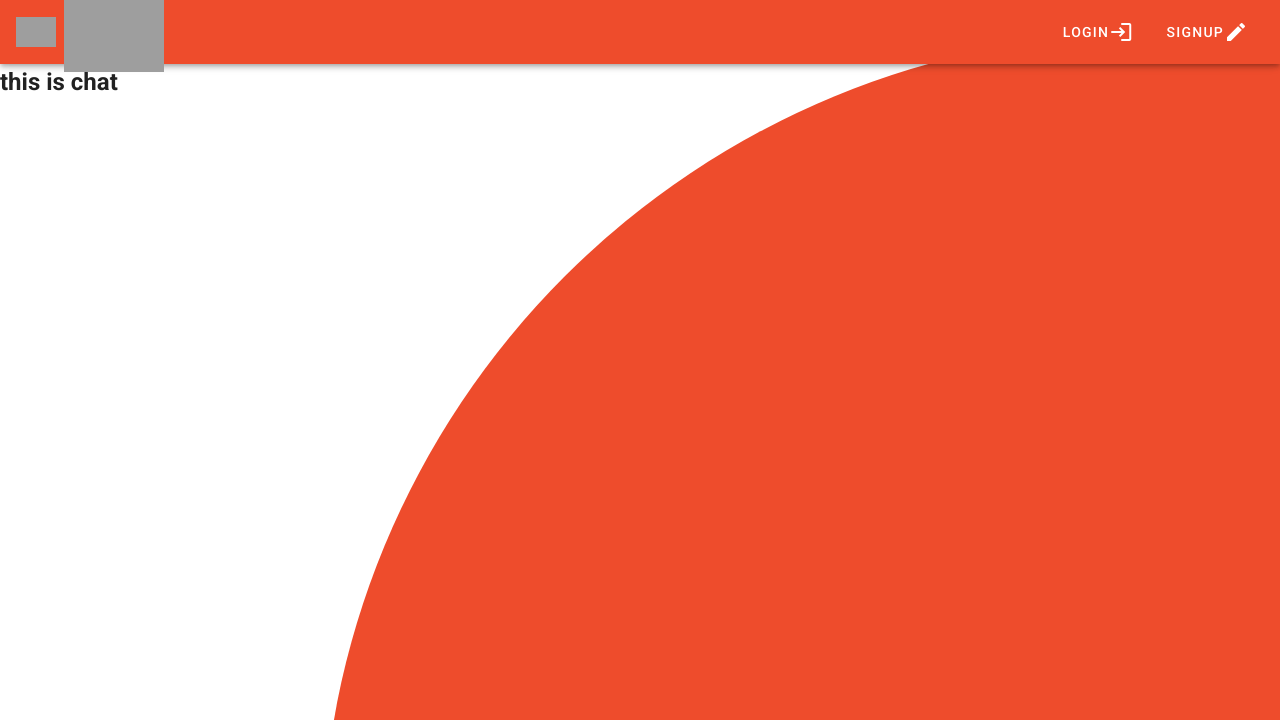
Repository: atout811/pyTorch-Hackathon
Page: /chatbot (app in frontend/)
These files come from the project's save history. The page is drawn as it stood at one moment and after the next save; the edit follows.
The browser window is 1280 px wide. The pictures show the whole page.
Pictures or frames that could not be fetched are drawn as grey boxes. The project was rebuilt for these pictures with package versions that can differ from the ones it lists, and the page was loaded fresh each time. Also part of the build but not shown: frontend/vue.config.js, frontend/src/views/Home.vue.

Above is the page before, as saved 2021-10-21 14:18:13.

### frontend/src/main.js
import Vue from 'vue'
import App from './App.vue'
import './registerServiceWorker'
import router from './router'
import store from './store'
import vuetify from './plugins/vuetify'
import instance from './plugins/axios'

Vue.config.productionTip = false
Vue.prototype.$axios = instance;

new Vue({
  router,
  store,
  vuetify,
  render: function (h) { return h(App) }
}).$mount('#app')

### frontend/src/App.vue
<template>
  <v-app>
    <v-app-bar
      app
      color="primary"
      dark
    >
      <div class="d-flex align-center">
        <v-img
          alt="Vuetify Logo"
          class="shrink mr-2"
          contain
          src="https://cdn.vuetifyjs.com/images/logos/vuetify-logo-dark.png"
          transition="scale-transition"
          width="40"
        />

        <v-img
          alt="Vuetify Name"
          class="shrink mt-1 hidden-sm-and-down"
          contain
          min-width="100"
          src="https://cdn.vuetifyjs.com/images/logos/vuetify-name-dark.png"
          width="100"
        />
      </div>

      <v-spacer></v-spacer>
      <v-btn to="/login" text>
        <v-text>Login</v-text>
        <v-icon>mdi-login</v-icon>
      </v-btn>
      <v-btn to="/signup" text>
        <v-text>Signup</v-text>
        <v-icon>mdi-pencil</v-icon>
      </v-btn>
    </v-app-bar>

    <v-main class="bubble">
      <router-view/>
    </v-main>
  </v-app>
</template>

<script>

export default {
  name: 'App',

  data: () => ({
    //
  }),
};
</script>
<style>
  .bubble::before{
    background-color: var(--v-primary-base);
    clip-path: circle(80% at 90% 120%);
    width: 100%;
    height: 100%;
    content: "";
    position: absolute;
    box-sizing: none;
    top: 0;
    left: 0;
  }
</style>

### frontend/src/router/index.js
import Vue from "vue";
import VueRouter from "vue-router";
import Home from "../views/Home.vue";

Vue.use(VueRouter);

const routes = [
  {
    path: "/",
    name: "Home",
    component: Home,
  },
  {
    path: "/about",
    name: "About",
    // route level code-splitting
    // this generates a separate chunk (about.[hash].js) for this route
    // which is lazy-loaded when the route is visited.
    component: function() {
      return import(/* webpackChunkName: "about" */ "../views/About.vue");
    },
  },
  {
    path: "/login",
    name: "Login",
    // route level code-splitting
    // this generates a separate chunk (Login.[hash].js) for this route
    // which is lazy-loaded when the route is visited.
    component: function() {
      return import(/* webpackChunkName: "Login" */ "../views/Login.vue");
    },
  },
  {
    path: "/signup",
    name: "Signup",
    // route level code-splitting
    // this generates a separate chunk (Signup.[hash].js) for this route
    // which is lazy-loaded when the route is visited.
    component: function() {
      return import(/* webpackChunkName: "Signup" */ "../views/Signup.vue");
    },
  },
  {
    path: "/chatbot",
    name: "chatbot",
    // route level code-splitting
    // this generates a separate chunk (Signup.[hash].js) for this route
    // which is lazy-loaded when the route is visited.
    component: function() {
      return import(/* webpackChunkName: "Signup" */ "../views/Chatbot.vue");
    },
  },
];

const router = new VueRouter({
  mode: "history",
  base: process.env.BASE_URL,
  routes,
});

export default router;

### frontend/src/plugins/vuetify.js
import Vue from 'vue';
import Vuetify from 'vuetify/lib/framework';

Vue.use(Vuetify);

export default new Vuetify({
    theme: {
        themes: {
            light: {
                primary: "#ee4c2c"
            }
        }, options: {
            customProperties: true
        },
    }
});

### frontend/src/plugins/axios.js
import axios from "axios";

const instance = axios.create({
    headers: {
        "Content-Type": "application/json"
    }
})

export default instance;

### frontend/src/views/Chatbot.vue
<template>
  <h2>this is chat</h2>
</template>

<script>
export default {};
</script>

<style>
</style>

Loaded but not shown: frontend/public/index.html (common file); frontend/src/registerServiceWorker.js (common file); frontend/src/store/index.js (common file)

After the next save:
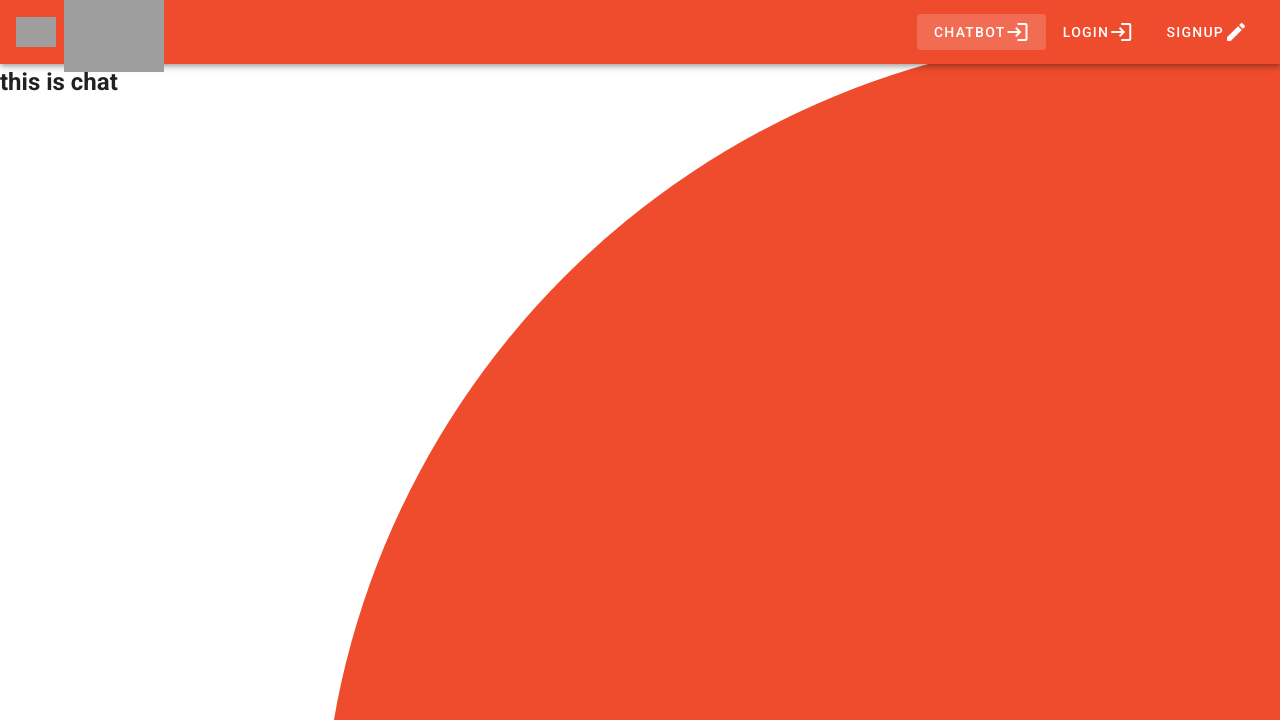
Saved 46 s later.
--- a/frontend/src/App.vue
+++ b/frontend/src/App.vue
@@ -1,10 +1,6 @@
 <template>
   <v-app>
-    <v-app-bar
-      app
-      color="primary"
-      dark
-    >
+    <v-app-bar app color="primary" dark>
       <div class="d-flex align-center">
         <v-img
           alt="Vuetify Logo"
@@ -26,6 +22,10 @@
       </div>
 
       <v-spacer></v-spacer>
+      <v-btn to="/chatbot" text>
+        <v-text>Chatbot</v-text>
+        <v-icon>mdi-login</v-icon>
+      </v-btn>
       <v-btn to="/login" text>
         <v-text>Login</v-text>
         <v-icon>mdi-login</v-icon>
@@ -37,15 +37,14 @@
     </v-app-bar>
 
     <v-main class="bubble">
-      <router-view/>
+      <router-view />
     </v-main>
   </v-app>
 </template>
 
 <script>
-
 export default {
-  name: 'App',
+  name: "App",
 
   data: () => ({
     //
@@ -53,15 +52,15 @@ export default {
 };
 </script>
 <style>
-  .bubble::before{
-    background-color: var(--v-primary-base);
-    clip-path: circle(80% at 90% 120%);
-    width: 100%;
-    height: 100%;
-    content: "";
-    position: absolute;
-    box-sizing: none;
-    top: 0;
-    left: 0;
-  }
+.bubble::before {
+  background-color: var(--v-primary-base);
+  clip-path: circle(80% at 90% 120%);
+  width: 100%;
+  height: 100%;
+  content: "";
+  position: absolute;
+  box-sizing: none;
+  top: 0;
+  left: 0;
+}
 </style>
